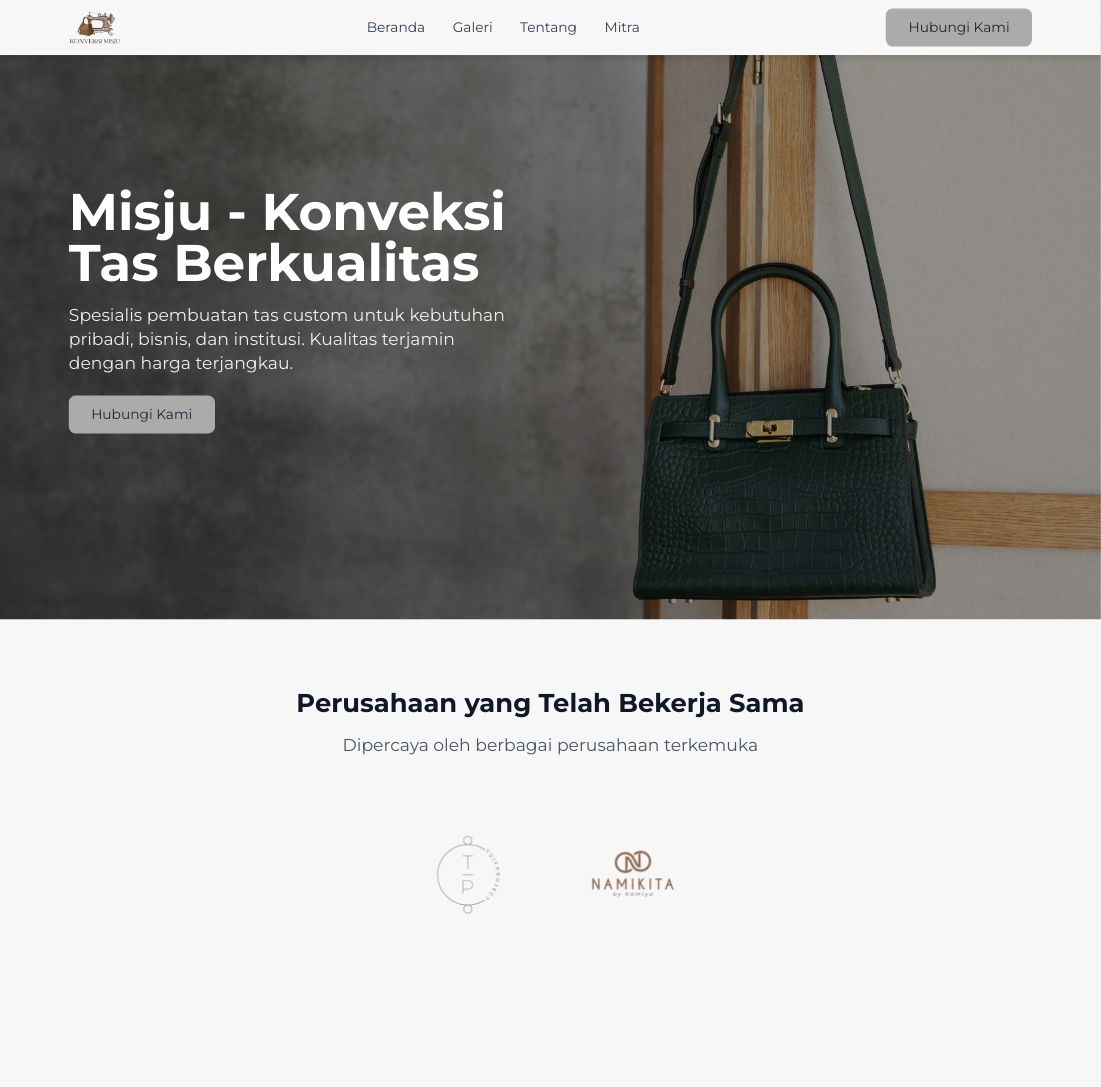
Repository: faridfirdaus-fred/konveksi_misju
Page: /
The author's editor kept a copy of each file at every save. The page is drawn from the files as they stood at one save, then again after a run of saves.
The browser window is 1280 px wide. The pictures show the part of the page from y = 0 to 1264 px (the page is 3416 px tall before and 3432 px after), at 86% of full size.
Pictures or frames that could not be fetched are drawn as grey boxes. The project was rebuilt for these pictures with package versions that can differ from the ones it lists, and the page was loaded fresh each time. Also part of the build but not shown: vite.config.js.

Above is the page before, as saved 2026-01-10 15:10:49.

### index.html
<!doctype html>
<html lang="en">
  <head>
    <meta charset="UTF-8" />
    <link rel="icon" type="image/svg+xml" href="/vite.svg" />
    <meta name="viewport" content="width=device-width, initial-scale=1.0" />
    <link rel="preconnect" href="https://fonts.googleapis.com">
    <link rel="preconnect" href="https://fonts.gstatic.com" crossorigin>
    <link href="https://fonts.googleapis.com/css2?family=Montserrat:wght@300;400;500;600;700;800&display=swap" rel="stylesheet">
    <title>portfolio_misju</title>
  </head>
  <body>
    <div id="root"></div>
    <script type="module" src="/src/main.jsx"></script>
  </body>
</html>

### src/index.css
@import "tailwindcss";

@theme {
  --color-primary: #ACABA9;
  --color-secondary: #F7F7F7;
}

### src/App.jsx
import './App.css'
import Navbar from './components/Navbar'
import Hero from './components/Hero'
import Partners from './components/Partners'
import Gallery from './components/Gallery'
import About from './components/About'
import Footer from './components/Footer'
import Hero_Bottom from './components/Hero_Bottom'

function App() {
  return (
    <div className="min-h-screen bg-gray-50">
      <Navbar />
      <Hero />
      <Partners />
      <Hero_Bottom />
      <Gallery />
      <About />
      <Footer />
    </div>
  )
}

export default App

### src/App.css
/* Custom styles for portfolio */
html {
  scroll-behavior: smooth;
}

body {
  font-family: "Montserrat", sans-serif;
  font-optical-sizing: auto;
}

### src/components/Navbar.jsx
import { useState, useEffect, useRef } from 'react'
import logo from '../assets/logo.webp'

function Navbar() {
    const [isMobileMenuOpen, setIsMobileMenuOpen] = useState(false)
    const navRef = useRef(null)

    useEffect(() => {
        const handleClickOutside = (event) => {
            if (navRef.current && !navRef.current.contains(event.target)) {
                setIsMobileMenuOpen(false)
            }
        }

        if (isMobileMenuOpen) {
            document.addEventListener('mousedown', handleClickOutside)
        }

        return () => {
            document.removeEventListener('mousedown', handleClickOutside)
        }
    }, [isMobileMenuOpen])

    const scrollToSection = (id) => {
        const element = document.getElementById(id)
        if (element) {
            element.scrollIntoView({ behavior: 'smooth' })
        }
        setIsMobileMenuOpen(false)
    }

    return (
        <nav ref={navRef} className="fixed top-0 px-4 md:px-20 left-0 right-0 bg-secondary shadow-md z-50">
            <div className=" mx-auto">
                <div className="flex justify-between items-center h-16">
                    {/* Logo - Kiri */}
                    <div className="shrink-0">
                        <a href="#home" className="flex items-center">
                            <img src={logo} alt="MyPortfolio Logo" className="h-10 w-auto" />
                        </a>
                    </div>

                    {/* Navigation - Tengah (Desktop) */}
                    <div className="hidden md:flex space-x-8">
                        <button onClick={() => scrollToSection('home')} className="text-gray-700 hover:text-primary transition">
                            Beranda
                        </button>

                        <button onClick={() => scrollToSection('gallery')} className="text-gray-700 hover:text-primary transition">
                            Galeri
                        </button>
                        <button onClick={() => scrollToSection('about')} className="text-gray-700 hover:text-primary transition">
                            Tentang
                        </button>
                         <button onClick={() => scrollToSection('partners')} className="text-gray-700 hover:text-primary transition">
                            Mitra
                        </button>
                    </div>

                    {/* Contact Button - Kanan */}
                    <div className="hidden md:block">
                        <a
                            href="https://wa.me/6285318217545"
                            target="_blank"
                            rel="noopener noreferrer"
                            className="inline-block bg-primary text-gray-800 px-6 py-2 rounded-lg transition hover:bg-gray-800 hover:text-primary border-2 border-primary"
                        >
                            Hubungi Kami
                        </a>
                    </div>

                    {/* Mobile menu button */}
                    <div className="md:hidden">
                        <button
                            onClick={() => setIsMobileMenuOpen(!isMobileMenuOpen)}
                            className="text-gray-700 hover:text-blue-600"
                        >
                            <svg className="h-6 w-6" fill="none" viewBox="0 0 24 24" stroke="currentColor">
                                <path strokeLinecap="round" strokeLinejoin="round" strokeWidth={2} d={isMobileMenuOpen ? "M6 18L18 6M6 6l12 12" : "M4 6h16M4 12h16M4 18h16"} />
                            </svg>
                        </button>
                    </div>
                </div>
            </div>

            {/* Mobile menu */}
            {isMobileMenuOpen && (
                <div className="md:hidden bg-white border-t">
                    <div className="px-2 pt-2 pb-3 space-y-1">
                        <button onClick={() => scrollToSection('home')} className="block w-full text-left px-3 py-2 text-gray-700 hover:bg-gray-100">
                            Beranda
                        </button>
                        <button onClick={() => scrollToSection('partners')} className="block w-full text-left px-3 py-2 text-gray-700 hover:bg-gray-100">
                            Mitra
                        </button>
                        <button onClick={() => scrollToSection('gallery')} className="block w-full text-left px-3 py-2 text-gray-700 hover:bg-gray-100">
                            Galeri
                        </button>
                        <button onClick={() => scrollToSection('about')} className="block w-full text-left px-3 py-2 text-gray-700 hover:bg-gray-100">
                            Tentang
                        </button>
                        <a
                            href="https://wa.me/6285318217545"
                            target="_blank"
                            rel="noopener noreferrer"
                            className="block w-full text-center px-3 py-2 bg-primary text-gray-800 hover:bg-secondary hover:text-primary rounded"
                        >
                            Hubungi Kami
                        </a>
                    </div>
                </div>
            )}
        </nav>
    )
}

export default Navbar

### src/components/Hero.jsx
import hero from '../assets/hero.webp'

function Hero() {

  return (
    <section
      id="home"
      className="h-screen w-full flex items-center relative bg-cover bg-no-repeat bg-right md:bg-center"
      style={{
        backgroundImage: `url(${hero})`
      }}
    >
      {/* Overlay */}
      <div className="absolute inset-0 bg-black/40"></div>

      {/* Content */}
      <div className="relative z-10 md:max-w-2xl px-4 md:px-20">
        <div className="w-full">
          <h1 className="text-3xl md:text-6xl font-bold text-white mb-4">
            Misju - Konveksi Tas Berkualitas
          </h1>
          <p className="text-base md:text-xl text-white/90 mb-6">
            Spesialis pembuatan tas custom untuk kebutuhan pribadi, bisnis, dan institusi. Kualitas terjamin dengan harga terjangkau.
          </p>
          <div className="flex flex-wrap gap-4">
            <a
              href="https://wa.me/6285318217545"
              target="_blank"
              rel="noopener noreferrer"
              className="inline-block bg-primary text-gray-800 px-6 py-2 rounded-lg transition hover:bg-gray-800 hover:text-primary border-2 border-primary">

              Hubungi Kami
            </a>
          </div>
        </div>
      </div>
    </section>
  )
}

export default Hero

### src/components/Partners.jsx
import tgif from '../assets/tgif.webp'
import namikita from '../assets/namikita.webp'

function Partners() {
  const partners = [
    {
      id: 1,
      name: 'TGI Friday\'s',
      logo: tgif,
      alt: 'TGI Friday\'s Logo'
    },
    {
      id: 2,
      name: 'Namikita',
      logo: namikita,
      alt: 'Namikita Logo'
    },
  ]

  return (
    <section id="partners" className="py-20 px-20 bg-secondary">
      <div className="w-full mx-auto">
        <div className="text-center mb-16">
          <h2 className="text-3xl font-bold text-gray-900 mb-4">
            Perusahaan yang Telah Bekerja Sama
          </h2>
          <p className="text-xl text-gray-600">
            Dipercaya oleh berbagai perusahaan terkemuka
          </p>
        </div>
        <div className="flex flex-wrap justify-center gap-8 md:gap-12">
          {partners.map((partner) => (
            <div key={partner.id} className="flex items-center justify-center rounded-lg hover:shadow-lg transition">
              <img
                src={partner.logo}
                alt={partner.alt}
                className="max-h-16 md:max-h-36 w-auto object-contain"
              />
            </div>
          ))}
        </div>
      </div>
    </section>
  )
}

export default Partners

### src/components/Gallery.jsx

function Gallery() {
  const galleryItems = [
    { id: 1, title: 'TAS CUSTOM PREMIUM', image: 'https://images.unsplash.com/photo-1553062407-98eeb64c6a62?w=800&q=80', description: 'Tas custom berkualitas tinggi dengan desain eksklusif' },
    { id: 2, title: 'BACKPACK PROFESIONAL', image: 'https://images.unsplash.com/photo-1622560480605-d83c853bc5c3?w=800&q=80', description: 'Backpack ergonomis untuk kebutuhan profesional' },
    { id: 3, title: 'TAS LAPTOP ELEGAN', image: 'https://images.unsplash.com/photo-1547949003-9792a18a2601?w=800&q=80', description: 'Tas laptop dengan desain modern dan praktis' },
    { id: 4, title: 'MESSENGER BAG STYLISH', image: 'https://images.unsplash.com/photo-1548036328-c9fa89d128fa?w=800&q=80', description: 'Tas selempang dengan gaya urban dan fungsional' },
    { id: 5, title: 'TRAVEL BAG MULTIFUNGSI', image: 'https://images.unsplash.com/photo-1581605405669-fcdf81165afa?w=800&q=80', description: 'Tas travel dengan banyak kompartemen' },
    { id: 6, title: 'TOTE BAG CASUAL', image: 'https://images.unsplash.com/photo-1590874103328-eac38a683ce7?w=800&q=80', description: 'Tas tote santai untuk aktivitas sehari-hari' },
  ]

  return (
    <section id="gallery" className="py-12 md:py-20 bg-secondary">
      <div className="w-full">
        {/* Header */}
        <div className="text-center mb-8 md:mb-12">
          <h2 className="text-3xl md:text-4xl font-bold text-gray-900 mb-3 md:mb-4">
            Galeri Produk Kami
          </h2>
          <p className="text-base md:text-xl text-gray-600">
            Koleksi tas berkualitas dengan berbagai model dan fungsi
          </p>
        </div>

        {/* Grid Gallery */}
        <div className="grid grid-cols-2 md:grid-cols-3 lg:grid-cols-4 gap-3 md:gap-4 mb-8 md:mb-12">
          {galleryItems.map((item) => (
            <div
              key={item.id}
              className="relative aspect-square overflow-hidden shadow-lg hover:shadow-2xl transition-all duration-300 cursor-pointer group"
            >
              {/* Image */}
              <img
                src={item.image}
                alt={item.title}
                className="w-full h-full object-cover group-hover:scale-110 transition-transform duration-500"
              />

              {/* Hover Effect */}
              <div className="absolute inset-0 bg-primary/0 group-hover:bg-primary/10 transition-all duration-300"></div>
            </div>
          ))}
        </div>

      \
      </div>
    </section>
  )
}

export default Gallery

### src/components/About.jsx
function About() {
  return (
    <section id="about" className="py-20 px-4 bg-white ">
      <div className="max-w-7xl mx-auto">

      </div>
    </section>
  )
}

export default About

### src/components/Footer.jsx
import logo from '../assets/logo.webp'

function Footer() {
  const scrollToSection = (id) => {
    const element = document.getElementById(id)
    if (element) {
      element.scrollIntoView({ behavior: 'smooth' })
    }
  }

  return (
    <footer id="footer" className="bg-gray-800 text-white py-12 md:py-16 px-4 md:px-8 lg:px-20">
      <div className="w-full mx-auto">
        <div className="grid grid-cols-1 md:grid-cols-3 gap-8 md:gap-12 mb-8">
          {/* About */}
          <div>
            <img src={logo} alt="Misju Logo" className="h-12 w-auto mb-4" />
            <h3 className="text-xl md:text-2xl font-bold mb-3 md:mb-4">Misju</h3>
            <p className="text-gray-300 text-sm md:text-base leading-relaxed">
              Konveksi tas berkualitas tinggi dengan desain custom untuk kebutuhan pribadi, bisnis, dan institusi.
            </p>
          </div>

          {/* Quick Links */}
          <div>
            <h3 className="text-lg md:text-xl font-bold mb-3 md:mb-4">Navigasi Cepat</h3>
            <ul className="space-y-2">
              <li>
                <button onClick={() => scrollToSection('home')} className="text-gray-300 hover:text-white transition text-sm md:text-base">
                  Beranda
                </button>
              </li>
              <li>
                <button onClick={() => scrollToSection('gallery')} className="text-gray-300 hover:text-white transition text-sm md:text-base">
                  Galeri
                </button>
              </li>
              <li>
                <button onClick={() => scrollToSection('about')} className="text-gray-300 hover:text-white transition text-sm md:text-base">
                  Tentang
                </button>
              </li>
              <li>
                <button onClick={() => scrollToSection('partners')} className="text-gray-300 hover:text-white transition text-sm md:text-base">
                  Mitra
                </button>
              </li>
            </ul>
          </div>

          {/* Contact */}
          <div>
            <h3 className="text-lg md:text-xl font-bold mb-3 md:mb-4">Hubungi Kami</h3>
            <ul className="space-y-2 text-gray-300 text-sm md:text-base">
              <li className="flex items-start gap-2">
                <span>📧</span>
                <span>misju@example.com</span>
              </li>
              <li className="flex items-start gap-2">
                <span>📱</span>
                <span>+62 853 1821 7545</span>
              </li>
              <li className="flex items-start gap-2">
                <span>📍</span>
                <span>Jakarta, Indonesia</span>
              </li>
            </ul>
            <div className="mt-6">
              <a
                href="https://wa.me/6285318217545"
                target="_blank"
                rel="noopener noreferrer"
                className="inline-block bg-primary text-white px-6 py-2 rounded-lg transition hover:bg-white hover:text-primary shadow-lg text-sm md:text-base font-semibold"
              >
                WhatsApp Kami
              </a>
            </div>
          </div>
        </div>

        <div className="border-t border-gray-700 pt-6 md:pt-8 text-center">
          <p className="text-gray-400 text-sm md:text-base">&copy; 2026 Misju. Semua hak cipta dilindungi.</p>
        </div>
      </div>
    </footer>
  )
}

export default Footer

### src/components/Hero_Bottom.jsx
import { useState } from 'react'

function Hero_Bottom() {
  const [currentSlide, setCurrentSlide] = useState(0)

  // Data untuk carousel
  const slides = [
    {
      id: 1,
      title: "CARRY THE DAY",
      caption: "Everything you need to make it through a day at the office, from your laptop to your gym clothes, and still look the part once you're off the clock.",
      image: "https://images.unsplash.com/photo-1553062407-98eeb64c6a62?w=800&q=80"
    },
    {
      id: 2,
      title: "URBAN EXPLORER",
      caption: "Navigate the city streets with style and comfort. Perfect companion for your daily adventures and weekend getaways.",
      image: "https://images.unsplash.com/photo-1622560480605-d83c853bc5c3?w=800&q=80"
    },
    {
      id: 3,
      title: "WORK & PLAY",
      caption: "Seamlessly transition from professional meetings to casual outings. Designed for the modern lifestyle.",
      image: "https://images.unsplash.com/photo-1547949003-9792a18a2601?w=800&q=80"
    }
  ]

  const nextSlide = () => {
    setCurrentSlide((prev) => (prev + 1) % slides.length)
  }

  const prevSlide = () => {
    setCurrentSlide((prev) => (prev - 1 + slides.length) % slides.length)
  }

  const goToSlide = (index) => {
    setCurrentSlide(index)
  }

  return (
    <section id="home" className="pt-12 pb-12 md:pt-24 md:pb-20 bg-secondary">
      <div className=" mx-auto ">
        {/* Mobile First Layout */}
        <div className="flex flex-col md:flex-row gap-6 md:gap-12 items-center">

          {/* Left Section - Caption (Mobile: bottom, Desktop: left) */}
          <div className="w-full pl-20 md:w-6/12 order-2 md:order-1 text-center md:text-left">
            <div className="max-w-md mx-auto md:mx-0">
              <h2 className="text-3xl md:text-4xl lg:text-5xl font-bold mb-4 md:mb-6">
                {slides[currentSlide].title}
              </h2>
              <p className="text-base md:text-lg text-gray-600 leading-relaxed">
                {slides[currentSlide].caption}
              </p>
            </div>
          </div>

          {/* Right Section - Image (Mobile: top, Desktop: right) */}
          <div className="w-full md:w-6/12 order-1 md:order-2 relative">
            <div className="relative aspect-square md:aspect-[4/3]  overflow-hidden shadow-xl">
              <img
                src={slides[currentSlide].image}
                alt={slides[currentSlide].title}
                className="w-full h-full object-cover transition-opacity duration-500"
              />

              {/* Desktop Navigation Buttons */}
              <button
                onClick={prevSlide}
                className="hidden md:flex absolute left-4 top-1/2 -translate-y-1/2 bg-white/90 hover:bg-white p-3 rounded-full shadow-lg transition-all duration-200 items-center justify-center group"
                aria-label="Previous slide"
              >
                <svg className="w-6 h-6 text-gray-800 group-hover:text-black" fill="none" stroke="currentColor" viewBox="0 0 24 24">
                  <path strokeLinecap="round" strokeLinejoin="round" strokeWidth={2} d="M15 19l-7-7 7-7" />
                </svg>
              </button>

              <button
                onClick={nextSlide}
                className="hidden md:flex absolute right-4 top-1/2 -translate-y-1/2 bg-white/90 hover:bg-white p-3 rounded-full shadow-lg transition-all duration-200 items-center justify-center group"
                aria-label="Next slide"
              >
                <svg className="w-6 h-6 text-gray-800 group-hover:text-black" fill="none" stroke="currentColor" viewBox="0 0 24 24">
                  <path strokeLinecap="round" strokeLinejoin="round" strokeWidth={2} d="M9 5l7 7-7 7" />
                </svg>
              </button>
            </div>

            {/* Mobile Dot Navigation */}
            <div className="flex md:hidden justify-center gap-2 mt-6">
              {slides.map((_, index) => (
                <button
                  key={index}
                  onClick={() => goToSlide(index)}
                  className={`w-3 h-3 rounded-full transition-all duration-300 ${
                    currentSlide === index
                      ? 'bg-gray-800 w-8'
                      : 'bg-gray-300 hover:bg-gray-400'
                  }`}
                  aria-label={`Go to slide ${index + 1}`}
                />
              ))}
            </div>
          </div>

        </div>

        {/* Desktop Dot Indicators (optional - below content) */}
        <div className="hidden md:flex justify-center gap-2 mt-8">
          {slides.map((_, index) => (
            <button
              key={index}
              onClick={() => goToSlide(index)}
              className={`w-2.5 h-2.5 rounded-full transition-all duration-300 ${
                currentSlide === index
                  ? 'bg-gray-800 w-8'
                  : 'bg-gray-300 hover:bg-gray-400'
              }`}
              aria-label={`Go to slide ${index + 1}`}
            />
          ))}
        </div>
      </div>
    </section>
  )
}

export default Hero_Bottom

Loaded but not shown: src/main.jsx (common file)

After the next 2 saves:
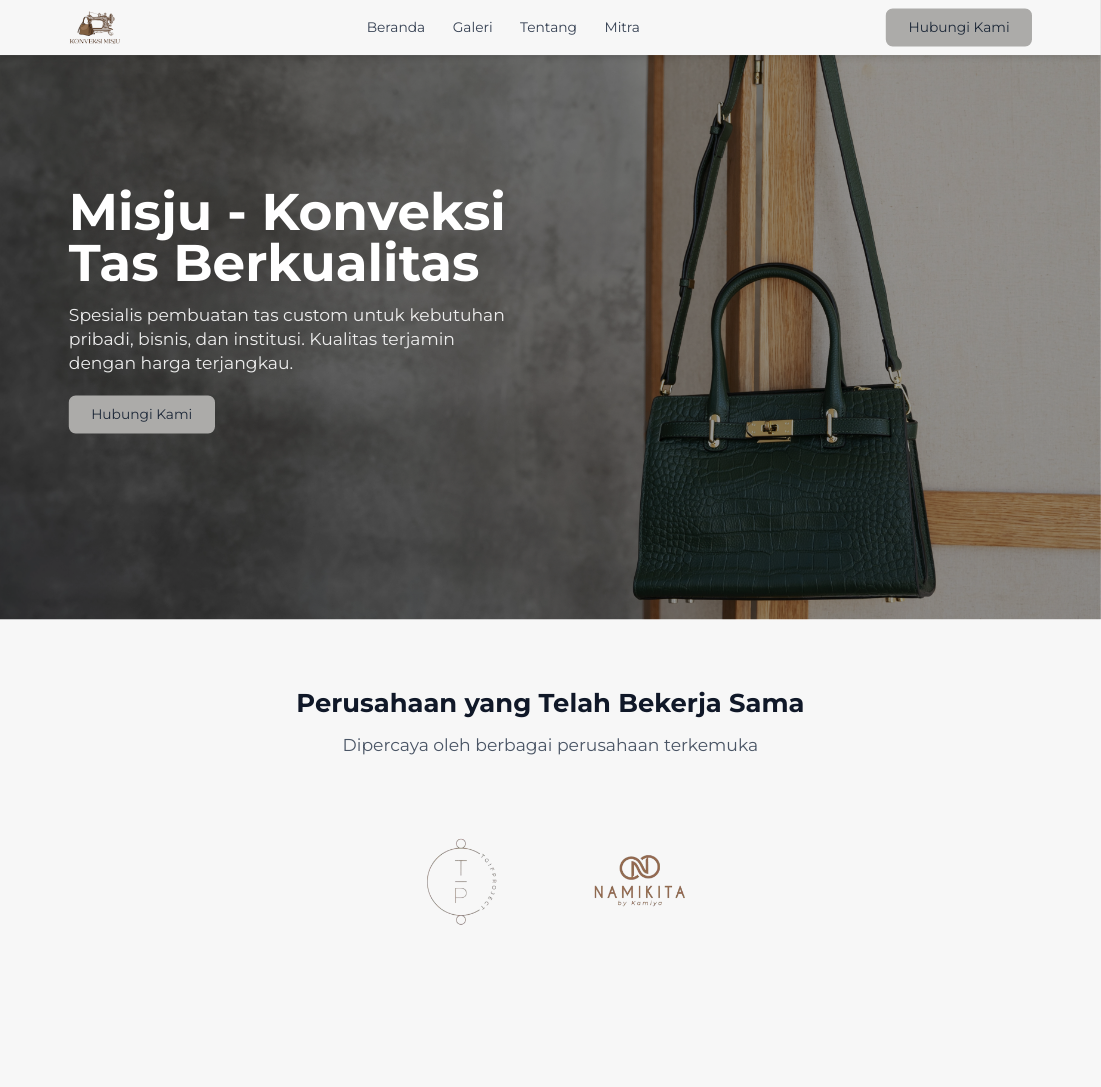
The 2 saves are shown as one change because they came seconds apart.
The last was saved 23 min 17 s later.
--- a/src/components/Partners.jsx
+++ b/src/components/Partners.jsx
@@ -34,7 +34,7 @@
               <img
                 src={partner.logo}
                 alt={partner.alt}
-                className="max-h-16 md:max-h-36 w-auto object-contain"
+                className="max-h-16 md:max-h-40 w-auto object-contain"
               />
             </div>
           ))}
